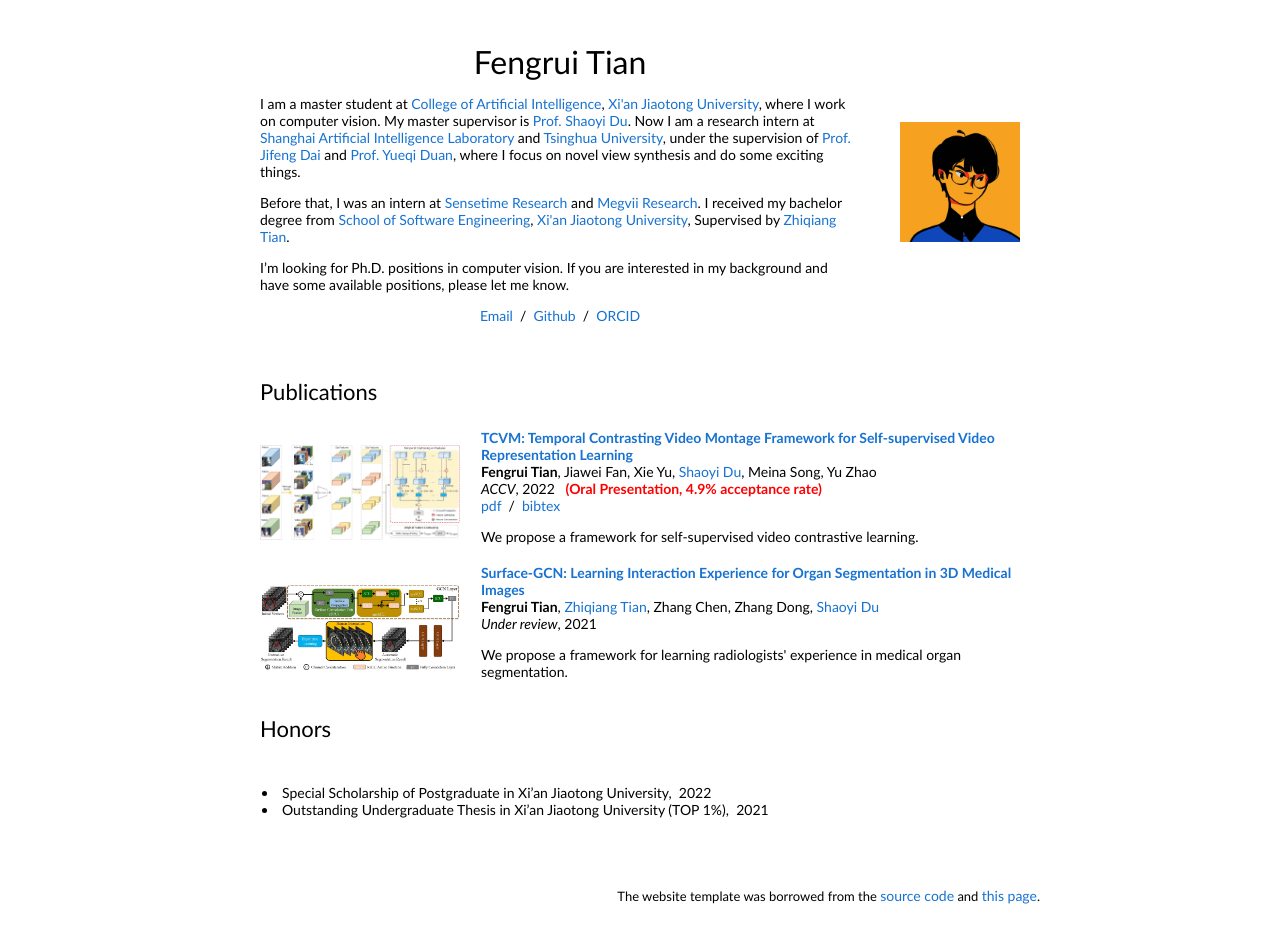
Repository: tianfr/tianfr.github.io
Page: index.html
An editor plug-in stored every save of this project. The page is shown before and after the next save, followed by the edit.
The browser window is 1280 px wide. The pictures show the whole page.

Above is the page before, as saved 2022-11-20 16:15:00.

After the next save:
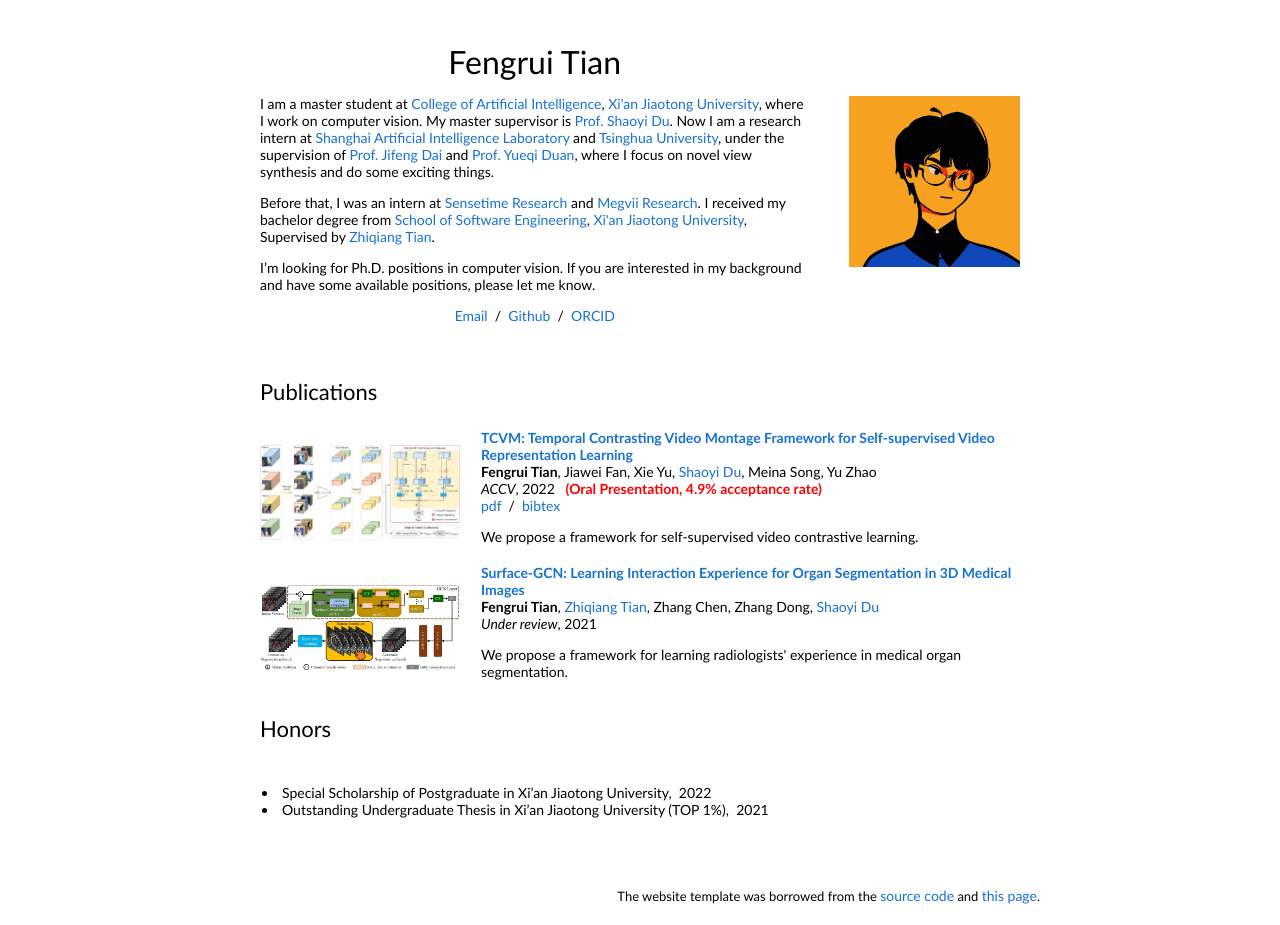
Saved 7 s later.
--- a/index.html
+++ b/index.html
@@ -16,7 +16,7 @@
       <td style="padding:0px">
         <table style="width:100%;border:0px;border-spacing:0px;border-collapse:separate;margin-right:auto;margin-left:auto;"><tbody>
           <tr style="padding:0px">
-            <td style="padding:2.5%;width:80%;vertical-align:middle">
+            <td style="padding:2.5%;width:70%;vertical-align:middle">
               <p style="text-align:center">
                 <name>
                   Fengrui Tian
